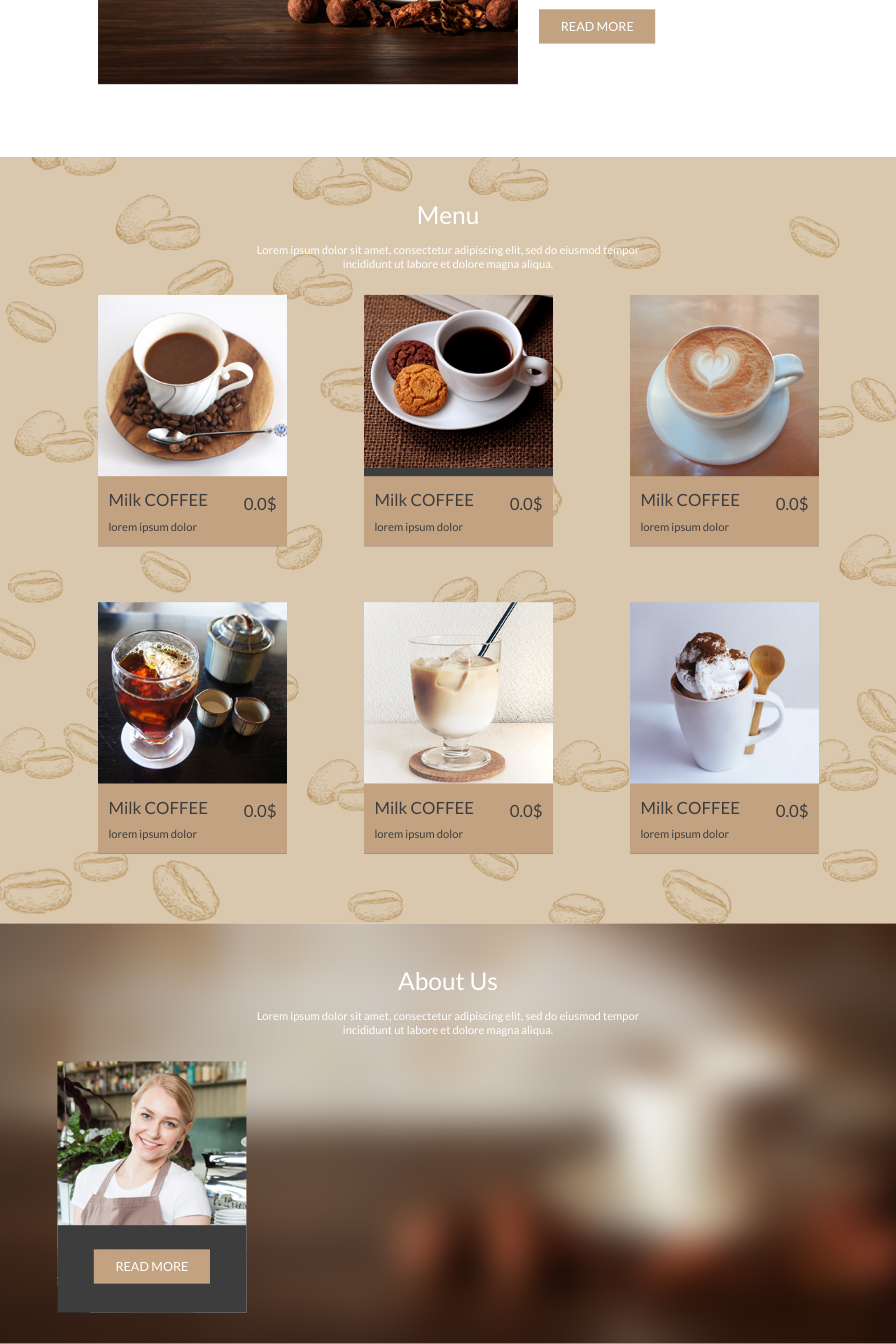
Repository: kuluong2000/coffe
Page: index.html
An editor plug-in stored every save of this project. The page is shown before and after the next save, followed by the edit.
The browser window is 1280 px wide. The pictures show the part of the page from y = 1035 to 2955 px (the page is 2955 px tall), at 70% of full size.
The pointer rests on the first visible `.about-item`.

Above is the page before, as saved 2021-10-04 22:33:54.

### index.html
<!DOCTYPE html>
<html lang="en">
  <head>
    <meta charset="UTF-8" />
    <meta http-equiv="X-UA-Compatible" content="IE=edge" />
    <meta name="viewport" content="width=device-width, initial-scale=1.0" />
    <link rel="stylesheet" href="./libs/css/bootstrap.min.css" />
    <link rel="stylesheet" href="./libs/css/animate.css" />
    <link rel="stylesheet" href="./libs/css/slick-theme.css" />
    <link rel="stylesheet" href="./libs/css/slick.css" />
    <link rel="stylesheet" href="./Assets/css/reset.css" />
    <link rel="stylesheet" href="./Assets/css/style.css" />
    <link rel="stylesheet" href="./Assets/css/responsive.css" />
    <title>Document</title>
  </head>
  <body>
    <header class="header">
      <div class="container">
        <div class="row">
          <div class="header-main">
            <div class="header-menu">
              <a href="#">
                <img src="./Assets/image/logo.png" alt="" srcset="" />
              </a>
            </div>
            <nav>
              <ul class="header-menu">
                <li class="header-menu-item"><a href="#" class="header-menu-link">Home</a></li>
                <li class="header-menu-item"><a href="#" class="header-menu-link">Our Story</a></li>
                <li class="header-menu-item"><a href="#" class="header-menu-link">Menu</a></li>
                <li class="header-menu-item"><a href="#" class="header-menu-link">Order</a></li>
                <li class="header-menu-item"><a href="#" class="header-menu-link">About Us</a></li>
                <li class="header-menu-item"><a href="#" class="header-menu-link">Contact</a></li>
                <li class="header-menu-item"><a href="#" class="header-menu-link">Cart</a></li>
              </ul>
            </nav>
          </div>
        </div>
      </div>
    </header>
    <main>
      <section class="banner">
        <div class="banner-img">
          <img src="./Assets/image/banner.jpg" alt="" srcset="" />
        </div>
        <div class="container">
          <div class="row">
            <div class="banner-main">
              <div class="banner-content">
                <h1 class="banner-heading">HELLO COFFEE</h1>
                <p class="banner-desc">Lorem ipsum dolor sit amet, consectetur adipiscing elit, sed do eiusmod tempor incididunt ut labore et...</p>
                <a href="#" class="btn"> Read More </a>
              </div>
            </div>
          </div>
        </div>
      </section>
      <section class="story">
        <div class="container">
          <div class="row">
            <div class="story-main">
              <div class="story-media">
                <div class="story-image">
                  <img src="./Assets/image/story.jpg" alt="" />
                </div>
              </div>
              <div class="story-info">
                <div class="story-title">Our Story</div>
                <p class="story-desc">
                  Lorem ipsum dolor sit amet, consectetur adipiscing elit, sed do eiusmod tempor incididunt ut labore et dolore magna aliqua.
                  <br />
                  Ut enim ad minim veniam, quis nostrud exercitation ullamco laboris nisi ut aliquip ex ea commodo consequat.
                </p>
                <a href="#" class="btn">Read More</a>
              </div>
            </div>
          </div>
        </div>
      </section>
      <section class="menu">
        <div class="container">
          <div class="row">
            <div class="menu-main">
              <div class="box">
                <h2 class="title menu-box-title">Menu</h2>
                <p class="desc menu-box-desc">Lorem ipsum dolor sit amet, consectetur adipiscing elit, sed do eiusmod tempor incididunt ut labore et dolore magna aliqua.</p>
              </div>
              <div class="menu-list">
                <div class="menu-item">
                  <div class="menu-item-image">
                    <img src="./Assets/image/menu_img1.jpg" alt="" />
                  </div>
                  <div class="menu-item-info">
                    <div class="menu-item-content">
                      <h2 class="menu-item-name">Milk COFFEE</h2>
                      <p class="menu-item-desc">lorem ipsum dolor</p>
                    </div>
                    <p class="menu-item-price">0.0$</p>
                  </div>
                </div>
                <div class="menu-item">
                  <div class="menu-item-image">
                    <img src="./Assets/image/menu_img2.jpg" alt="" />
                  </div>
                  <div class="menu-item-info">
                    <div class="menu-item-content">
                      <h2 class="menu-item-name">Milk COFFEE</h2>
                      <p class="menu-item-desc">lorem ipsum dolor</p>
                    </div>
                    <p class="menu-item-price">0.0$</p>
                  </div>
                </div>
                <div class="menu-item">
                  <div class="menu-item-image">
                    <img src="./Assets/image/menu_img3.jpg" alt="" />
                  </div>
                  <div class="menu-item-info">
                    <div class="menu-item-content">
                      <h2 class="menu-item-name">Milk COFFEE</h2>
                      <p class="menu-item-desc">lorem ipsum dolor</p>
                    </div>
                    <p class="menu-item-price">0.0$</p>
                  </div>
                </div>
                <div class="menu-item">
                  <div class="menu-item-image">
                    <img src="./Assets/image/menu_img4.jpg" alt="" />
                  </div>
                  <div class="menu-item-info">
                    <div class="menu-item-content">
                      <h2 class="menu-item-name">Milk COFFEE</h2>
                      <p class="menu-item-desc">lorem ipsum dolor</p>
                    </div>
                    <p class="menu-item-price">0.0$</p>
                  </div>
                </div>
                <div class="menu-item">
                  <div class="menu-item-image">
                    <img src="./Assets/image/menu_img5.jpg" alt="" />
                  </div>
                  <div class="menu-item-info">
                    <div class="menu-item-content">
                      <h2 class="menu-item-name">Milk COFFEE</h2>
                      <p class="menu-item-desc">lorem ipsum dolor</p>
                    </div>
                    <p class="menu-item-price">0.0$</p>
                  </div>
                </div>
                <div class="menu-item">
                  <div class="menu-item-image">
                    <img src="./Assets/image/menu_img6.jpg" alt="" />
                  </div>
                  <div class="menu-item-info">
                    <div class="menu-item-content">
                      <h2 class="menu-item-name">Milk COFFEE</h2>
                      <p class="menu-item-desc">lorem ipsum dolor</p>
                    </div>
                    <p class="menu-item-price">0.0$</p>
                  </div>
                </div>
              </div>
            </div>
          </div>
        </div>
      </section>
      <section class="about">
        <div class="container">
          <div class="row">
            <div class="about-main">
              <div class="box">
                <h2 class="title">About Us</h2>
                <p class="desc">Lorem ipsum dolor sit amet, consectetur adipiscing elit, sed do eiusmod tempor incididunt ut labore et dolore magna aliqua.</p>
              </div>
              <div class="about-list">
                <div class="about-item">
                  <div class="about-avatar">
                    <img src="/Assets/image/about_img1.jpg" alt="" />
                  </div>
                  <div class="about-info">
                    <h2 class="about-name">Lorem Ipsum</h2>
                    <p class="about-position">Lorem ipsum dolor</p>
                    <a href="#" class="btn about-btn">Read More</a>
                  </div>
                </div>
              </div>
            </div>
          </div>
        </div>
      </section>
    </main>

    <script src="./libs/Js/jquery-3.5.1.slim.min.js"></script>
    <script src="./libs/Js/bootstrap.min.js"></script>
    <script src="./libs/Js/slick.min.js"></script>
    <script src="./libs/Js/wow.js"></script>
  </body>
</html>

### Assets/css/reset.css
html, body, div, span, applet, object, iframe,
h1, h2, h3, h4, h5, h6, p, blockquote, pre,
a, abbr, acronym, address, big, cite, code,
del, dfn, em, img, ins, kbd, q, s, samp,
small, strike, strong, sub, sup, tt, var,
b, u, i, center,
dl, dt, dd, ol, ul, li,
fieldset, form, label, legend,
table, caption, tbody, tfoot, thead, tr, th, td,
article, aside, canvas, details, embed,
figure, figcaption, footer, header, hgroup,
menu, nav, output, ruby, section, summary,
time, mark, audio, video {
	margin: 0;
	padding: 0;
	border: 0;
	font-size: 100%;
	vertical-align: baseline;
}
/* HTML5 display-role reset for older browsers */
article, aside, details, figcaption, figure,
footer, header, hgroup, menu, nav, section {
	display: block;
}
* {
	box-sizing: border-box;
}
body {
	line-height: 1;
  font-family: 'Muli', sans-serif;


  font-style: normal;
  font-weight: normal;
  font-size: 16px;
  line-height: 32px;
}
ol, ul {
	list-style: none;
}
blockquote, q {
	quotes: none;
}
blockquote:before, blockquote:after,
q:before, q:after {
	content: '';
	content: none;
}
table {
	border-collapse: collapse;
	border-spacing: 0;
}

img {
  max-width: 100%;
	vertical-align: bottom;
}
a {
	outline: none;
}

### Assets/css/style.css
@import url('https://fonts.googleapis.com/css2?family=Lato:ital,wght@0,400;0,700;0,900;1,300;1,400;1,700;1,900&display=swap');
*{
    padding: 0;
    margin: 0;
    box-sizing: border-box;
}
body{
    font-family: 'Lato', sans-serif;
    font-size: 16px;
    line-height: 1.6;
    color: #3d3d3d;
    font-weight: 400;
}

.header{
    position: absolute;
    width: 100%;
    background-color: rgba(0,0,0 , 0.5);
    padding: 20px 0 20px;
    z-index: 99;
}
.header-main{
    display:flex;
    justify-content: space-between;
    align-items: center;
}
.header-menu{
    display:flex;
    justify-content: space-between;
    align-items: center;
}
.header-menu-item{
    list-style-type: none;
}
.header-menu-item:not(:first-child){
    margin-left: 25px;
}
.header-menu-link{
    position: relative;
    color: white;
    text-transform: uppercase;
    text-decoration: none;
    font-size: 12px;
    padding-bottom: 7px;

}
.header-menu-link::before{
    content: '';
    position: absolute;
    bottom: 0;
    left:  0;
    height: 2px;
    width: 100%;
    background-color: #c3a281;
    transform: scale(0);
    transition: 0.5s;
    transform-origin: right;
}
.header-menu-link:hover,
.header-menu-link:hover::before{
    color: #c3a281;
    transform: scale(1);
}
.banner{
    position: relative;
    min-height: 660px;
}
.banner-img{
    position: relative;
    z-index: -1;
    object-fit: cover;
    width: 100%;
}
.banner-img img{
    width: 100%;
}

.banner-main{
    position: absolute;
    left: auto;
    top: 50%;
    transform: translateY(-50%);
    color: white;
    width: max-content;

}

.banner-heading{
    font-weight: 400;
    font-size: 48px;
    letter-spacing: 0.5px;
    margin-bottom: 40px;
}
.banner-desc{
    width: 390px;
    margin-bottom: 40px;
}
.btn{
    font-size: 18px;
    color: white;
    font-weight: 400;
    padding: 10px 30px;
    background-color: #c3a281;
    border-radius: 0%;
    text-transform: uppercase;
}
.btn:hover{
    color: white;
}
.story{
    padding-top: 95px;
    min-height: 600px;
}
.story-main{
    display:flex;
    padding: 0 70px;
    align-items: center;
}
.story-media{
    position: relative;
}
.story-icon-play{
    position: absolute;
    top: 50%;
    left: 50%;
    transform:translate(-50%,-50%);
}
.story-image{
    min-width: 600px;
    height: 100%;
    object-fit: cover;
}
.story-image img{
    width: 100%;
    height: 100%;
}
.story-info{
    margin-left: 30px;
}
.story-title{
    font-size: 35px;
    margin-bottom: 20px;
    text-transform: uppercase;
}
.story-desc{
    text-align: justify;
    margin-bottom: 40px;
    line-height: 20px;
}
.menu{

    padding-bottom: 100px;
    background: url(/Assets/image/menu_bg.png) no-repeat center / cover;
}
.menu-main{
    padding: 0;
}
.box{
    padding-top: 60px;
    margin: 0 auto;
    width: 100%;
    max-width: 570px;
    text-align: center  ;
}
.title{
    font-size: 35px;
    margin-bottom: 20px;
    color: white;
}
.desc{
    line-height: 20px;
    color: white;
    margin-bottom: 35px;
}
.menu-list{
    display: grid;
    grid-template-columns: repeat(3,1fr);
    grid-gap: 80px 110px;
    /* display: flex;
    flex-wrap: wrap; */
    padding: 0 70px;



}

.menu-item{
    /* width: calc((100% ) /3); */
    width: 270px;
    position: relative;

}
.menu-item:hover .menu-item-info{
    height: 130px;
    background-color: #3d3d3d;
    color: #c3a281;
}
.menu-item:hover .menu-item-price{
    display: none;
}
.menu-item:hover .menu-item-name{
    border-bottom: 2px solid #c3a281;
}
.menu-item-info{
    display: flex;
    justify-content: space-between;
    background-color: #c3a281;
    padding: 20px 15px;
    width: 270px;
    height: 100px;
    position: absolute;
    bottom: 0;
    left: 0;
    transition: all 0.5s ease;
}

.menu-item-name{
    font-size: 24px;
    margin-bottom: 10px;
}
.menu-item-price{
    font-size: 24px;
}
.about{
    background: url(/Assets/image/about_bg.jpg) no-repeat center /  cover;
    min-height: 600px;
}
.about-list{
    position: relative;
}
.about-item{
    width: 270px;
}
.about-avatar{
    max-width: 270px;
    height: 100%;
}
.about-avatar img{
    max-width: 100%;
}
.about-info{
    padding: 30px 0;
    text-align: center;
    width: 270px;
    height: 100px;
    position: absolute;
    bottom: 0;
    left: 0;
    background-color: #c3a281;
    transition: 0.5s;
}
.about-name{
    font-size: 24px;
    text-transform: uppercase;

}
.about-btn{
    opacity: 0;
    visibility: hidden;
    width: max-content;
    margin: 0 auto;
}

.about-item:hover .about-info{
    height: 125px;
    background-color: #3d3d3d;
    color: #c3a281;
}

.about-item:hover .about-btn{
    opacity: 1;
    visibility:visible;
    transform: translateY(-50%);
}
.about-item:hover .about-position{
    display: none;
}

### Assets/css/responsive.css
@media (min-width:1400px){
    .container{
        max-width: 1170px;
    }
}

Loaded but not shown: libs/css/bootstrap.min.css (library); libs/css/animate.css (library); libs/css/slick-theme.css (library); libs/css/slick.css (common file); libs/Js/jquery-3.5.1.slim.min.js (library); libs/Js/bootstrap.min.js (library); libs/Js/slick.min.js (library); libs/Js/wow.js (library)

After the next save:
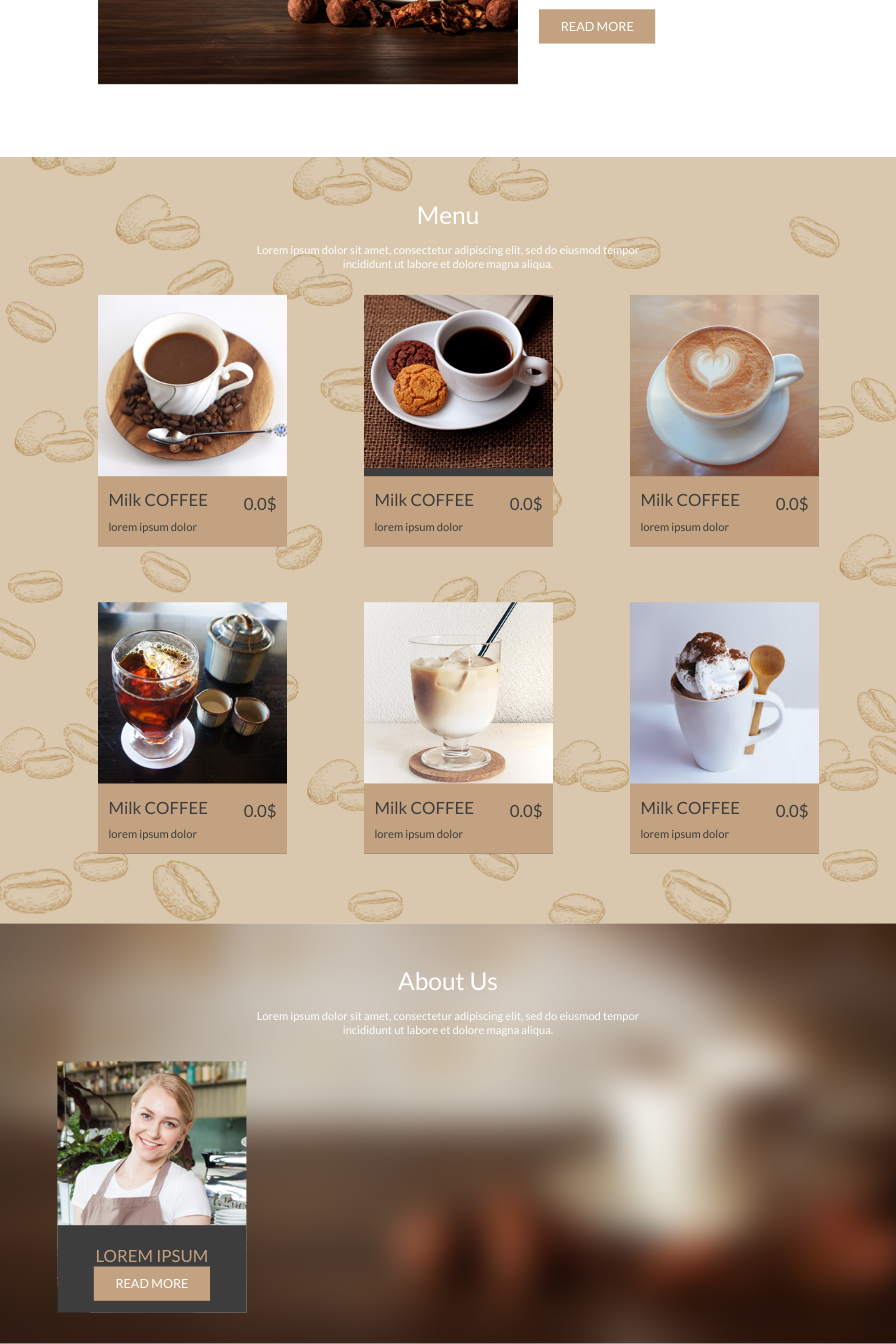
Saved 8 s later.
--- a/Assets/css/style.css
+++ b/Assets/css/style.css
@@ -270,7 +270,7 @@ body{
 .about-item:hover .about-btn{
     opacity: 1;
     visibility:visible;
-    transform: translateY(-50%);
+    transform: translateY(0%);
 }
 .about-item:hover .about-position{
     display: none;
